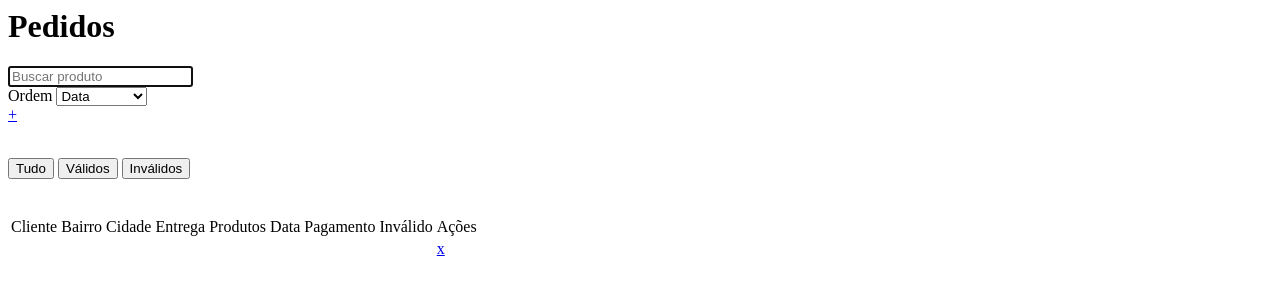
Repository: organicos/organicos.github.io
Page: partials/order/orders.html
The author's editor kept a record of every edit. The page is drawn from the files as they stood at one moment, then again after the next edit.
The browser window is 1280 px wide. The pictures show the whole page.

Above is the page before.

After the next edit:
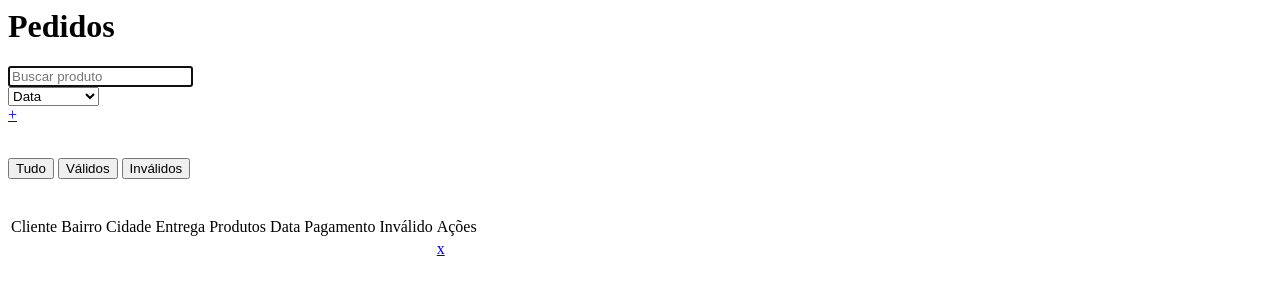
The edit:
--- a/partials/order/orders.html
+++ b/partials/order/orders.html
@@ -5,7 +5,6 @@
 		<input class="form-control input-xs" id="orderQuery" name="orderQuery" ng-model="orderQuery" type="text" placeholder="Buscar produto" autofocus>
     </div>
 	<div class="form-group">
-	    <label for="order">Ordem</label>
         <select class="form-control" id="order" ng-model="selectedOrder">
             <option value="updated" selected>Data</option>
             <option value="customer.email">Cliente</option>
